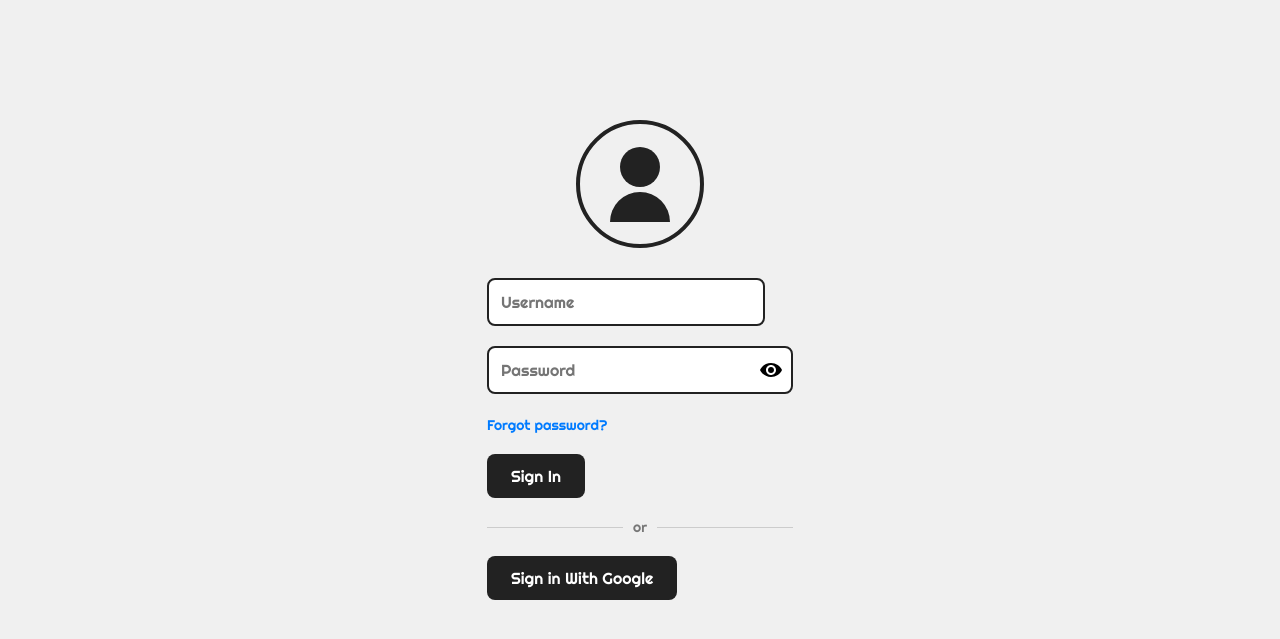
Repository: saifg123/Peer
Page: signin.html
An editor plug-in stored every save of this project. The page is shown before and after the next save, followed by the edit.
The browser window is 1280 px wide. The pictures show the whole page.

Above is the page before, as saved 2025-05-19 19:46:04.

After the next save:
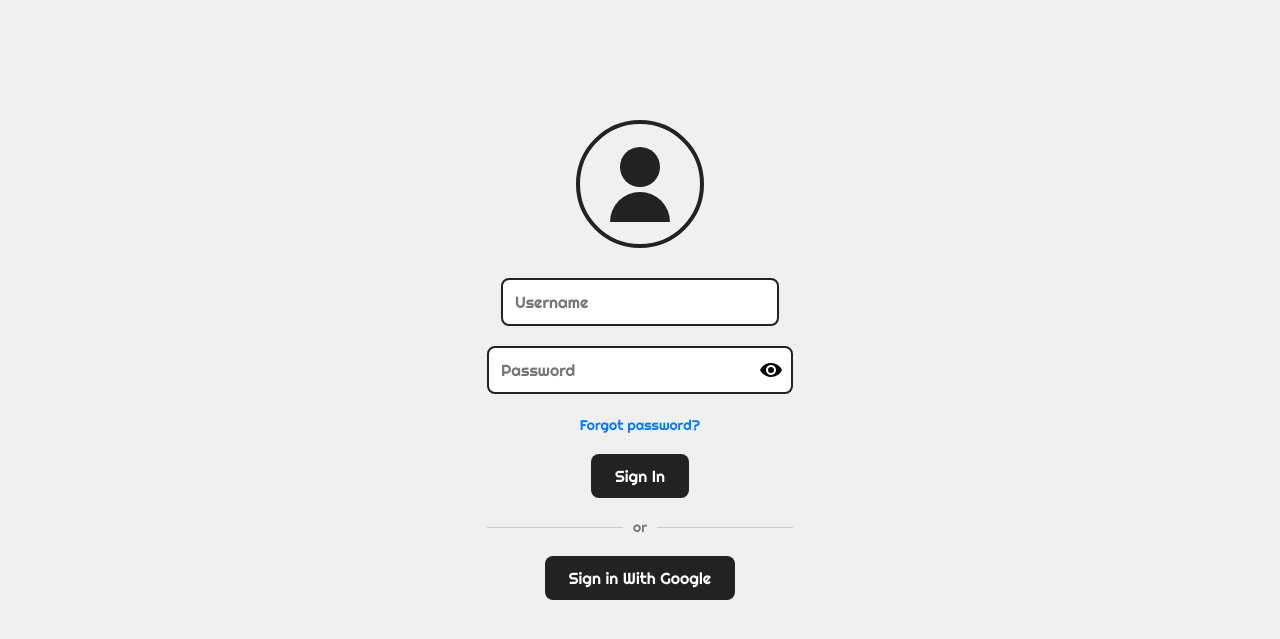
Saved 115 s later.
--- a/signin.html
+++ b/signin.html
@@ -183,7 +183,7 @@
     </style>
   </head>
   <body>
-    <class="sign-in-container">
+    <div class="sign-in-container">
       <div class="guest-avatar-large">
         <div class="avatar-head"></div>
         <div class="avatar-body"></div>
